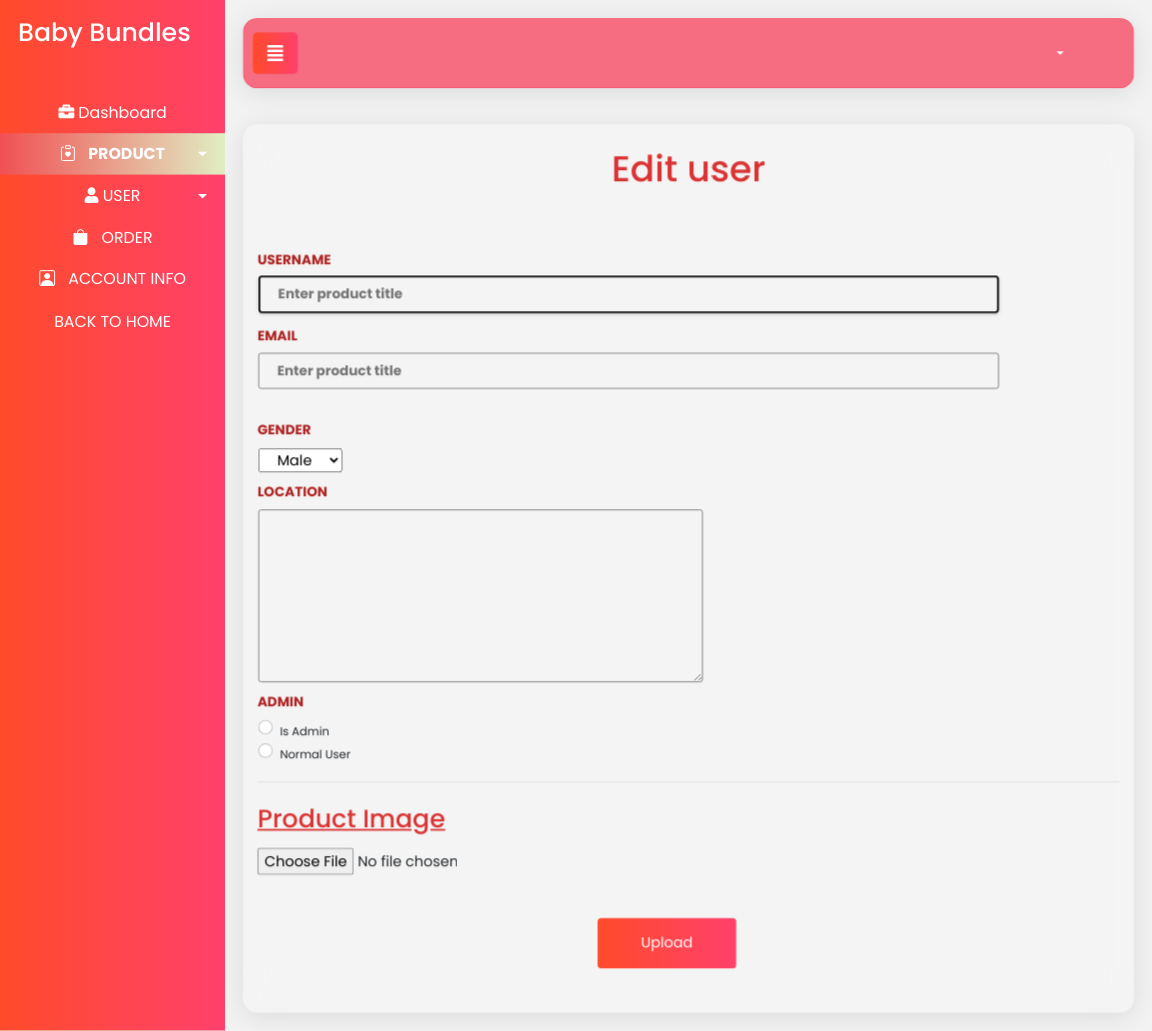
Repository: jiahow99/Baby-Bundles-University
Page: http://localhost/admin-edituser.php
An editor plug-in stored every save of this project. The page is shown before and after the next save, followed by the edit.
The browser window is 1280 px wide. The pictures show the whole page, at 90% of full size.
Some web libraries are served in a nearby version. The page is run by PHP 8.4 with error messages shown; the project is at /var/www/html/.

Above is the page before, as saved 2022-11-25 01:07:01.

### admin-edituser.php
<!DOCTYPE html>
<html>

<head>
    <meta charset="utf-8">
    <meta name="viewport" content="width=device-width, initial-scale=1.0">
    <meta http-equiv="X-UA-Compatible" content="IE=edge">

    <title>Admin-Product</title>

    <!-- Bootstrap CSS CDN -->
    <link rel="stylesheet" href="https://stackpath.bootstrapcdn.com/bootstrap/4.1.0/css/bootstrap.min.css" integrity="sha384-9gVQ4dYFwwWSjIDZnLEWnxCjeSWFphJiwGPXr1jddIhOegiu1FwO5qRGvFXOdJZ4" crossorigin="anonymous">
    <!-- Our Custom CSS -->
    <link rel="stylesheet" href="css/admin.style.css">

    <!-- Font Awesome JS -->
    <script defer src="https://use.fontawesome.com/releases/v5.0.13/js/solid.js" integrity="sha384-tzzSw1/Vo+0N5UhStP3bvwWPq+uvzCMfrN1fEFe+xBmv1C/AtVX5K0uZtmcHitFZ" crossorigin="anonymous"></script>
    <script defer src="https://use.fontawesome.com/releases/v5.0.13/js/fontawesome.js" integrity="sha384-6OIrr52G08NpOFSZdxxz1xdNSndlD4vdcf/q2myIUVO0VsqaGHJsB0RaBE01VTOY" crossorigin="anonymous"></script>
    <!-- Bootstrap Icon -->
    <link rel="stylesheet" href="https://cdn.jsdelivr.net/npm/bootstrap-icons@1.3.0/font/bootstrap-icons.css">
    <!-- JQuery -->
    <script src="https://code.jquery.com/jquery-3.5.1.min.js"></script>
    <!-- Bootstrap Icon -->
    <link rel="stylesheet" href="https://cdn.jsdelivr.net/npm/bootstrap-icons@1.9.1/font/bootstrap-icons.css" integrity="sha384-xeJqLiuOvjUBq3iGOjvSQSIlwrpqjSHXpduPd6rQpuiM3f5/ijby8pCsnbu5S81n" crossorigin="anonymous">
    <!-- JavaScript Bundle with Popper -->
    <script src="https://cdn.jsdelivr.net/npm/bootstrap@5.2.3/dist/js/bootstrap.bundle.min.js" integrity="sha384-kenU1KFdBIe4zVF0s0G1M5b4hcpxyD9F7jL+jjXkk+Q2h455rYXK/7HAuoJl+0I4" crossorigin="anonymous"></script>
    <link href="http://cdnjs.cloudflare.com/ajax/libs/font-awesome/4.3.0/css/font-awesome.css" rel="stylesheet"  type='text/css'>


</head>

<body>

    <div class="wrapper">
        <!-- Sidebar  -->
        <?php require 'admin-sidebar.php' ?>

        <!-- Page Content  -->
        <div id="content" style="background-color:#F2F2F2">
            <?php require 'admin-topnavbar.php' ?>

            <form class="container glass" id="edit-product">
                <div class="row justify-content-center mt-4 mb-3">
                   <h1 style="color:#da3333">Edit user</h1>
                </div>
                <div class="row mt-5">
                    <label for="" class="name text-uppercase col-12">Username</label>
                    <input class="input--style-6 col-10 ml-3" type="text" name="title" placeholder="Enter product title" required autofocus>
                </div>

                <div class="row mb-4">
                    <label for="" class="name text-uppercase col-12">Email</label>
                    <input class="input--style-6 col-10 ml-3" type="text" name="title" placeholder="Enter product title" required autofocus>
                </div>

                <div class="row">
                    <label for="" class="name text-uppercase col-12">Gender</label>
                    <select class="ml-3 px-3" name="gender" id="gender">
                        <option value="male">Male</option>
                        <option value="female">Male</option>
                    </select>
                </div>

                <div class="row">
                    <label for="" class="name text-uppercase col-12">Location</label>
                    <textarea name="location" id="location" class="textarea--style-6 col-6 ml-3" rows="5"></textarea>
                </div>

                <div class="row">
                    <label for="" class="name text-uppercase col-12">Admin</label>
                        <div class="ml-3">
                            <div class="form-check form-check-inline">
                                <input class="form-check-input" type="radio" name="is_admin" id="inlineRadio1" value="1">
                                <label class="form-check-label small" for="inlineRadio1">Is Admin</label>
                            </div>
                            <div class="form-check form-check-inline">
                                <input class="form-check-input" type="radio" name="is_admin" id="inlineRadio2" value="0">
                                <label class="form-check-label small" for="inlineRadio2">Normal User</label>
                            </div>
                        </div>
                </div>


                <hr>

                <h3 style="color:#da3333;text-decoration: underline;" class="mb-3 mt-4">Product Image</h3>
                <input type="file" name="image" id="">

                <div class="row justify-content-center my-5 ">
                    <button class="btn btn-primary px-5 py-3 mr-5" type="submit">Upload</button>
                </div>

            </form>
    </div>

    <!-- Popper.JS -->
    <script src="https://cdnjs.cloudflare.com/ajax/libs/popper.js/1.14.0/umd/popper.min.js" integrity="sha384-cs/chFZiN24E4KMATLdqdvsezGxaGsi4hLGOzlXwp5UZB1LY//20VyM2taTB4QvJ" crossorigin="anonymous"></script>
    <!-- Bootstrap JS -->
    <script src="https://stackpath.bootstrapcdn.com/bootstrap/4.1.0/js/bootstrap.min.js" integrity="sha384-uefMccjFJAIv6A+rW+L4AHf99KvxDjWSu1z9VI8SKNVmz4sk7buKt/6v9KI65qnm" crossorigin="anonymous"></script>

    <script type="text/javascript">
        $(document).ready(function () {
            $('#sidebarCollapse').on('click', function () {
                $('#sidebar').toggleClass('active');
                $('#dashboardlabel').toggleClass('d-none');
                $('#userlabel').toggleClass('d-none');
                $('#productlabel').toggleClass('d-none');
                $('#orderlabel').toggleClass('d-none');
                $('#accountlabel').toggleClass('d-none');
                $('#logoutlabel').toggleClass('d-none');
            });
        });
    </script>
</body>

</html>

### admin-sidebar.php
<!-- Sidebar  -->
<nav id="sidebar">
    <div class="sidebar-header">
        <h3>Baby Bundles</h3>
        <strong>BS</strong>
    </div>

    <ul class="list-unstyled components">
        <!-- Dashboard -->
        <li id="sidebar-dashboard">
            <a href="admin-dashboard.php">
                <i class="fas fa-briefcase"></i>
                <span id="dashboardlabel">Dashboard</span>
            </a>
        </li>
        <!-- Product -->
        <li id="sidebar-product">
            <a href="#homeSubmenu" data-toggle="collapse" aria-expanded="false" class="dropdown-toggle">
                <i class="bi bi-clipboard-heart"></i>
                <span id="productlabel">PRODUCT</span>
            </a>
            <ul class="collapse list-unstyled" id="homeSubmenu">
                <li>
                    <a href="admin-addproduct.php">ADD PRODUCT</a>
                </li>
                <li>
                    <a href="admin-viewproduct.php">DELETE PRODUCT</a>
                </li>
                <li>
                    <a href="admin-viewproduct.php">VIEW ALL</a>
                </li>
            </ul>
        </li>
        <!-- User -->
        <li id="sidebar-user">
            <a href="#pageSubmenu" data-toggle="collapse" aria-expanded="false" class="dropdown-toggle">
            <i class="fas fa-solid fa-user"></i>
                <span id="userlabel">USER</span>
            </a>
            <ul class="collapse list-unstyled" id="pageSubmenu">
                <li>
                    <a href="admin-viewuser.php">DELETE USER</a>
                </li>
                <li>
                    <a href="admin-viewuser.php">VIEW USERS</a>
                </li>
            </ul>
        </li>
        <!-- Order -->
        <li id="sidebar-order">
            <a href="admin-vieworder.php">
            <i class="bi bi-bag-fill"></i>
                <span id="orderlabel">ORDER</span>
            </a>
        </li>
        <!-- Account Info -->
        <li>
            <a href="account-info.php">
                <i class="bi bi-person-square"></i>
                <span id="accountlabel">ACCOUNT INFO</span>
            </a>
        </li>
        <!-- Back to home -->
        <li>
            <a href="index.php">
                <span id="logoutlabel">BACK TO HOME</span>
            </a>
        </li>
    </ul>
</nav>

<script>

  // Add 'active' class to navigation
  function activeNav(id){
    var nav = document.getElementById(id);
    nav.classList.add('active');
  }

  var title = document.title;

  switch(title){
    case 'Admin-Product':
      activeNav('sidebar-product');
      break;
    case 'Admin-User':
      activeNav('sidebar-user');
      break;
    case 'Admin-Order':
      activeNav('sidebar-order');
      break;
    case 'Admin-Dashboard':
      activeNav('sidebar-dashboard');
      break;
  }
</script>

### admin-topnavbar.php
<nav class="navbar navbar-expand-lg navbar-light bg-admin">
    <div class="container-fluid pl-0">

        <button type="button" id="sidebarCollapse" class="btn-lg btn-primary">
            <i class="fas fa-align-justify"></i>
            <!-- <span>Toggle Sidebar</span> -->
        </button>
        <button class="btn btn-dark d-inline-block d-lg-none ml-auto" type="button" data-toggle="collapse" data-target="#navbarSupportedContent" aria-controls="navbarSupportedContent" aria-expanded="false" aria-label="Toggle navigation">
            <i class="fas fa-align-justify"></i>
        </button>

        <div class="collapse navbar-collapse" id="navbarSupportedContent">
            <ul class="nav navbar-nav ml-auto">
                <li class="nav-item dropdown mx-lg-3 col-2 col-lg-1" >
                    <a href="#" class="nav-link dropdown-toggle user-account text-white" id="userDropdownMenuLink" data-bs-toggle="dropdown" aria-haspopup="true" aria-expanded="false">
                    <?php
                    // Username
                    if(isset($_COOKIE['username'])){
                        echo $_COOKIE['username'];
                    }
                    ?>
                    </a>
                    <div class="dropdown-menu text-sm " aria-labelledby="userDropdownMenuLink">
                        <a href="account-info.php" class="dropdown-item">Account</a>
                        <a href="index.php" class="dropdown-item">Back to home</a>
                        <a href="logout.php" class="dropdown-item">Logout</a>
                    </div>
                </li>
            </ul>
        </div>
    </div>
</nav>

### css/admin.style.css
/*
    DEMO STYLE
*/

@import "https://fonts.googleapis.com/css?family=Poppins:300,400,500,600,700";

body {
    font-family: 'Poppins', sans-serif;
    background: #fafafa;
}

p {
    font-family: 'Poppins', sans-serif;
    font-size: 1.1em;
    font-weight: 300;
    line-height: 1.7em;
    color: #999;
}

a,
a:hover,
a:focus {
    color: inherit;
    text-decoration: none;
    transition: all 0.3s;
}

.navbar {
    padding: 15px 10px;
    background: #fff;
    border: none;
    border-radius: 0;
    margin-bottom: 40px;
    box-shadow: 1px 1px 3px rgba(0, 0, 0, 0.1);
}

.navbar-btn {
    box-shadow: none;
    outline: none !important;
    border: none;
}

.line {
    width: 100%;
    height: 1px;
    border-bottom: 1px dashed #ddd;
    margin: 40px 0;
}

i,
span {
    display: inline-block;
}

/* ---------------------------------------------------
    SIDEBAR STYLE
----------------------------------------------------- */

.wrapper {
    display: flex;
    align-items: stretch;
}

#sidebar {
    min-width: 250px;
    max-width: 250px;
    background: #FF416C;  /* fallback for old browsers */
    background: -webkit-linear-gradient(to right, #FF4B2B, #FF416C);  /* Chrome 10-25, Safari 5.1-6 */
    background: linear-gradient(to right, #FF4B2B, #FF416C); /* W3C, IE 10+/ Edge, Firefox 16+, Chrome 26+, Opera 12+, Safari 7+ */
    color: #fff;
    transition: all 0.3s;
}

#sidebar.active {
    min-width: 80px;
    max-width: 80px;
    text-align: center;
}

#sidebar.active .sidebar-header h3,
#sidebar.active .CTAs {
    display: none;
}

#sidebar.active .sidebar-header strong {
    display: block;
}

#sidebar ul li a {
    text-align: left;
}

#sidebar.active ul li a {
    padding: 20px 10px;
    text-align: center;
    font-size: 0.85em;
}

#sidebar.active ul li a i {
    margin-right: 0;
    display: block;
    font-size: 1.8em;
    margin-bottom: 5px;
}

#sidebar.active ul ul a {
    padding: 10px !important;
}

#sidebar.active .dropdown-toggle::after {
    top: auto;
    bottom: 10px;
    right: 50%;
    -webkit-transform: translateX(50%);
    -ms-transform: translateX(50%);
    transform: translateX(50%);
}

#sidebar .sidebar-header {
    padding: 20px;
    background: #FF416C;  /* fallback for old browsers */
    background: -webkit-linear-gradient(to right, #FF4B2B, #FF416C);  /* Chrome 10-25, Safari 5.1-6 */
    background: linear-gradient(to right, #FF4B2B, #FF416C); /* W3C, IE 10+/ Edge, Firefox 16+, Chrome 26+, Opera 12+, Safari 7+ */
}

#sidebar .sidebar-header strong {
    display: none;
    font-size: 1.8em;
}

#sidebar ul.components {
    padding: 20px 0;
}

#sidebar ul li a {
    padding: 10px;
    font-size: 1.1em;
    display: block;
    text-align: center;
}

#sidebar ul li a:hover {
    color: #dc1522;
    background: #fff;
    font-weight: bolder;
}

#sidebar ul li a i {
    margin-right: 10px;
}

#sidebar ul li.active>a,
a[aria-expanded="true"] {
    color: #fff;
    background: #e1eec3;  /* fallback for old browsers */
    background: -webkit-linear-gradient(to right, #f05053, #e1eec3);  /* Chrome 10-25, Safari 5.1-6 */
    background: linear-gradient(to right, #f05053, #e1eec3); /* W3C, IE 10+/ Edge, Firefox 16+, Chrome 26+, Opera 12+, Safari 7+ */
    font-weight: bolder;
}

a[data-toggle="collapse"] {
    position: relative;
}

.dropdown-toggle::after {
    display: block;
    position: absolute;
    top: 50%;
    right: 20px;
    transform: translateY(-50%);
}

ul ul a {
    font-size: 0.9em !important;
    padding-left: 30px !important;
    background: #6d7fcc;
}

ul.CTAs {
    padding: 20px;
}

ul.CTAs a {
    text-align: center;
    font-size: 0.9em !important;
    display: block;
    border-radius: 5px;
    margin-bottom: 5px;
}

a.download {
    background: #fff;
    color: #7386D5;
}

a.article,
a.article:hover {
    background: #6d7fcc !important;
    color: #fff !important;
}

/* ---------------------------------------------------
    CONTENT STYLE
----------------------------------------------------- */

#content {
    width: 100%;
    padding: 20px;
    min-height: 100vh;
    transition: all 0.3s;
}

/* ---------------------------------------------------
    MEDIAQUERIES
----------------------------------------------------- */

@media (max-width: 768px) {
    #sidebar {
        min-width: 80px;
        max-width: 80px;
        text-align: center;
        margin-left: -80px !important;
    }
    .dropdown-toggle::after {
        top: auto;
        bottom: 10px;
        right: 50%;
        -webkit-transform: translateX(50%);
        -ms-transform: translateX(50%);
        transform: translateX(50%);
    }
    #sidebar.active {
        margin-left: 0 !important;
    }
    #sidebar .sidebar-header h3,
    #sidebar .CTAs {
        display: none;
    }
    #sidebar .sidebar-header strong {
        display: block;
    }
    #sidebar ul li a {
        padding: 20px 10px;
    }
    #sidebar ul li a span {
        font-size: 0.85em;
    }
    #sidebar ul li a i {
        margin-right: 0;
        display: block;
    }
    #sidebar ul ul a {
        padding: 10px !important;
    }
    #sidebar ul li a i {
        font-size: 1.3em;
    }
    #sidebar {
        margin-left: 0;
    }
    #sidebarCollapse span {
        display: none;
    }
}

#homeSubmenu li a,#pageSubmenu li a{
    background: #ED213A;  /* fallback for old browsers */
    background: -webkit-linear-gradient(to right, #93291E, #ED213A);  /* Chrome 10-25, Safari 5.1-6 */
    background: linear-gradient(to right, #93291E, #ED213A); /* W3C, IE 10+/ Edge, Firefox 16+, Chrome 26+, Opera 12+, Safari 7+ */



}

.btn-primary{
    background: #ffffff;  /* fallback for old browsers */
    background: -webkit-linear-gradient(to right, #FF4B2B, #FF416C);  /* Chrome 10-25, Safari 5.1-6 */
    background: linear-gradient(to right, #FF4B2B, #FF416C); /* W3C, IE 10+/ Edge, Firefox 16+, Chrome 26+, Opera 12+, Safari 7+ */
    border: 0;
    cursor: pointer;
}

.glass{
/* From https://css.glass */
background: rgba(255, 255, 255, 0.18);
border-radius: 16px;
box-shadow: 0 4px 30px rgba(0, 0, 0, 0.1);
backdrop-filter: blur(20px);
-webkit-backdrop-filter: blur(20px);
border: 1px solid rgba(255, 255, 255, 0.13);
}

.input--style-6, .textarea--style-6 {
    background: transparent;
    line-height: 38px;
    border: 1px solid #7b7676;
    -webkit-border-radius: 3px;
    -moz-border-radius: 3px;
    border-radius: 3px;
    color: #666;
    font-size: 15px;
    font-weight: bold;
    -webkit-transition: all 0.4s ease;
    -o-transition: all 0.4s ease;
    -moz-transition: all 0.4s ease;
    transition: all 0.4s ease;
    padding: 0 20px;
}

.input--style-6:focus,
.textarea--style-6:focus {
  -webkit-box-shadow: 0px 1px 5px 0px rgba(0, 0, 0, 0.15);
  -moz-box-shadow: 0px 1px 5px 0px rgba(0, 0, 0, 0.15);
  box-shadow: 0px 1px 5px 0px rgba(0, 0, 0, 0.15);
  -webkit-transform: translateY(-3px);
  -moz-transform: translateY(-3px);
  -ms-transform: translateY(-3px);
  -o-transform: translateY(-3px);
  transform: translateY(-3px);
  border: 2px solid #7b7676;

}

.name{
    width: 188px;
  color: rgb(175, 33, 33);
  font-size: 15px;
  font-weight: 700;
  margin-top: 11px;
  font-family: "Poppins", sans-serif;
}

.form-check {
    display: block;
    min-height: 1.5rem;
    padding-left: 1.5em;
    margin-bottom: 0.125rem;
}

.form-check .form-check-input {
float: left;
margin-left: -1.5em;
}

.form-check-input {
width: 1em;
height: 1em;
margin-top: 0.25em;
vertical-align: top;
background-color: #fff;
background-repeat: no-repeat;
background-position: center;
background-size: contain;
border: 1px solid rgba(0, 0, 0, 0.25);
-webkit-appearance: none;
-moz-appearance: none;
appearance: none;
-webkit-print-color-adjust: exact;
color-adjust: exact;
}

.form-check-input[type="checkbox"] {
border-radius: 0.25em;
}

.form-check-input[type="radio"] {
border-radius: 50%;
}

.form-check-input:active {
filter: brightness(90%);
}

.form-check-input:focus {
border-color: #ed9999;
outline: 0;
box-shadow: 0 0 0 0.25rem rgba(218, 51, 51, 0.25);
}

.form-check-input:checked {
background-color: #da3333;
border-color: #da3333;
}

.form-check-input:checked[type="checkbox"] {
background-image: url("data:[embedded picture, 214 characters]");
}

.form-check-input:checked[type="radio"] {
background-image: url("data:[embedded picture, 126 characters]");
}

.form-check-input[type="checkbox"]:indeterminate {
background-color: #da3333;
border-color: #da3333;
background-image: url("data:[embedded picture, 208 characters]");
}

.form-check-input:disabled {
pointer-events: none;
filter: none;
opacity: 0.5;
}

.form-check-input[disabled] ~ .form-check-label, .form-check-input:disabled ~ .form-check-label {
opacity: 0.5;
}

.form-switch {
padding-left: 2.5em;
}

.form-switch .form-check-input {
width: 2em;
margin-left: -2.5em;
background-image: url("data:[embedded picture, 143 characters]");
background-position: left center;
border-radius: 2em;
transition: background-position 0.15s ease-in-out;
}

.user{
    color: black;
    font-weight: bold;
}

.user-row{
    border: 1px solid black;
}

.bg-admin{
/* From https://css.glass */
background: rgba(248, 40, 70, 0.66);
border-radius: 16px;
box-shadow: 0 4px 30px rgba(0, 0, 0, 0.1);
backdrop-filter: blur(6.9px);
-webkit-backdrop-filter: blur(6.9px);
border: 1px solid rgba(248, 40, 70, 0.3);
}

After the next save:
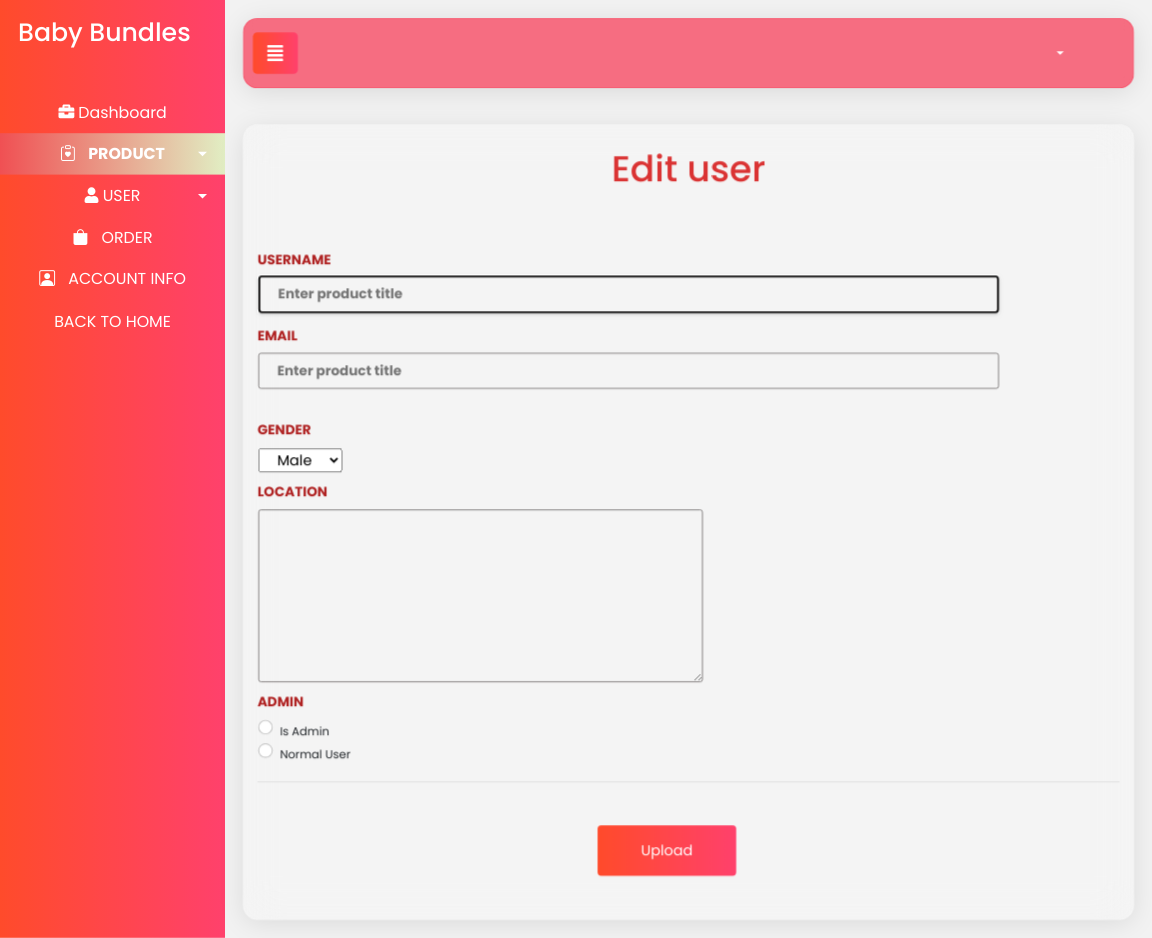
Saved 14 s later.
--- a/admin-edituser.php
+++ b/admin-edituser.php
@@ -79,13 +79,7 @@
                             </div>
                         </div>
                 </div>
-
-
                 <hr>
-
-                <h3 style="color:#da3333;text-decoration: underline;" class="mb-3 mt-4">Product Image</h3>
-                <input type="file" name="image" id="">
-
                 <div class="row justify-content-center my-5 ">
                     <button class="btn btn-primary px-5 py-3 mr-5" type="submit">Upload</button>
                 </div>
